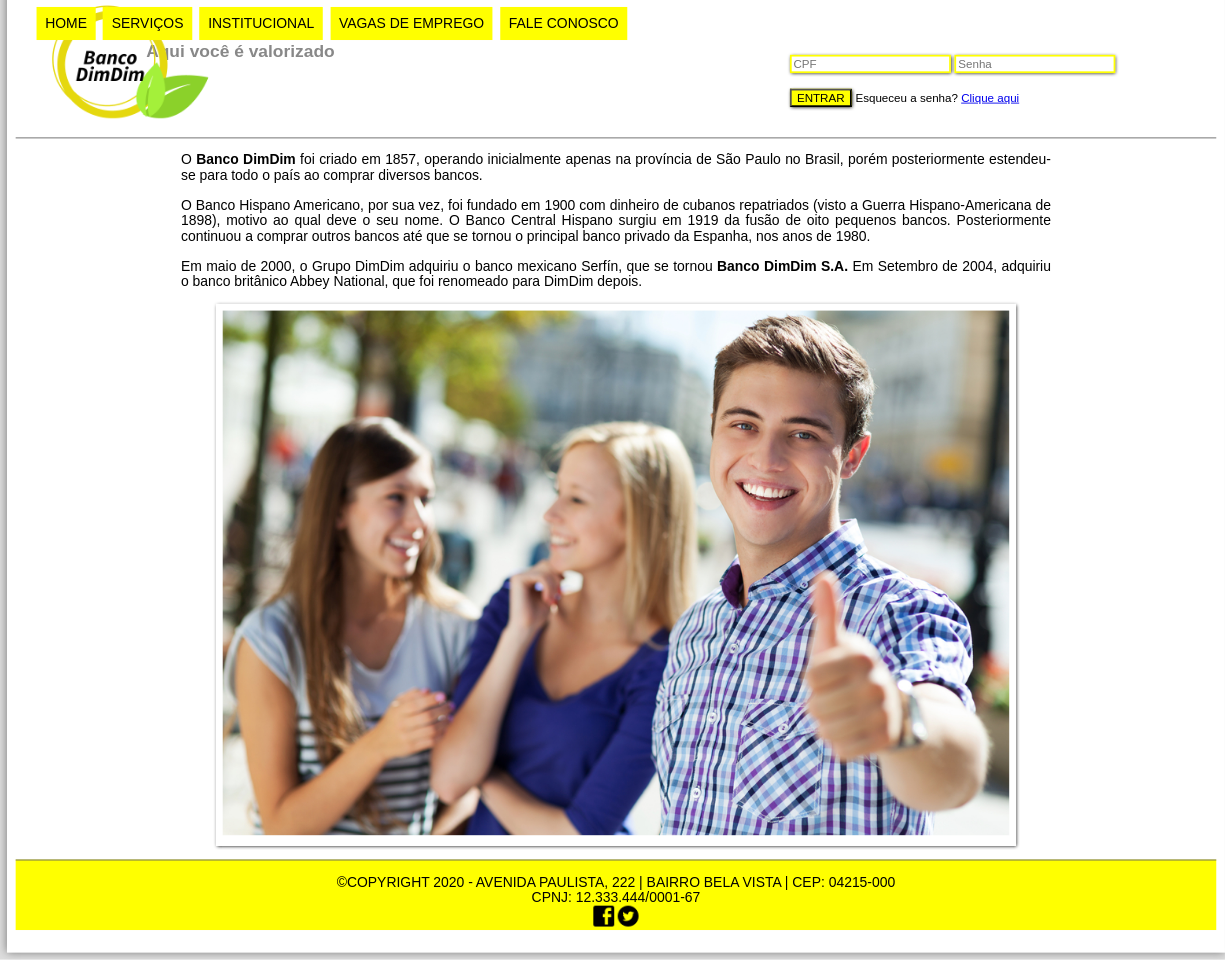
Repository: marceloShibuya/DevOps
Page: http://localhost/Nac_DevOPS/
The author's editor kept a copy of each file at every save. The page is drawn from the files as they stood at one save, then again after the next save.
The browser window is 1280 px wide. The page is 1408 px wide, so the pictures cover 1408 px, including what lies to the right of the window. The pictures show the whole page, at 87% of full size.
Some web fonts or font styles are not loaded; a fallback is used. The page is served by Tomcat 9.

Above is the page before, as saved 2020-02-24 21:39:09.

After the next save:
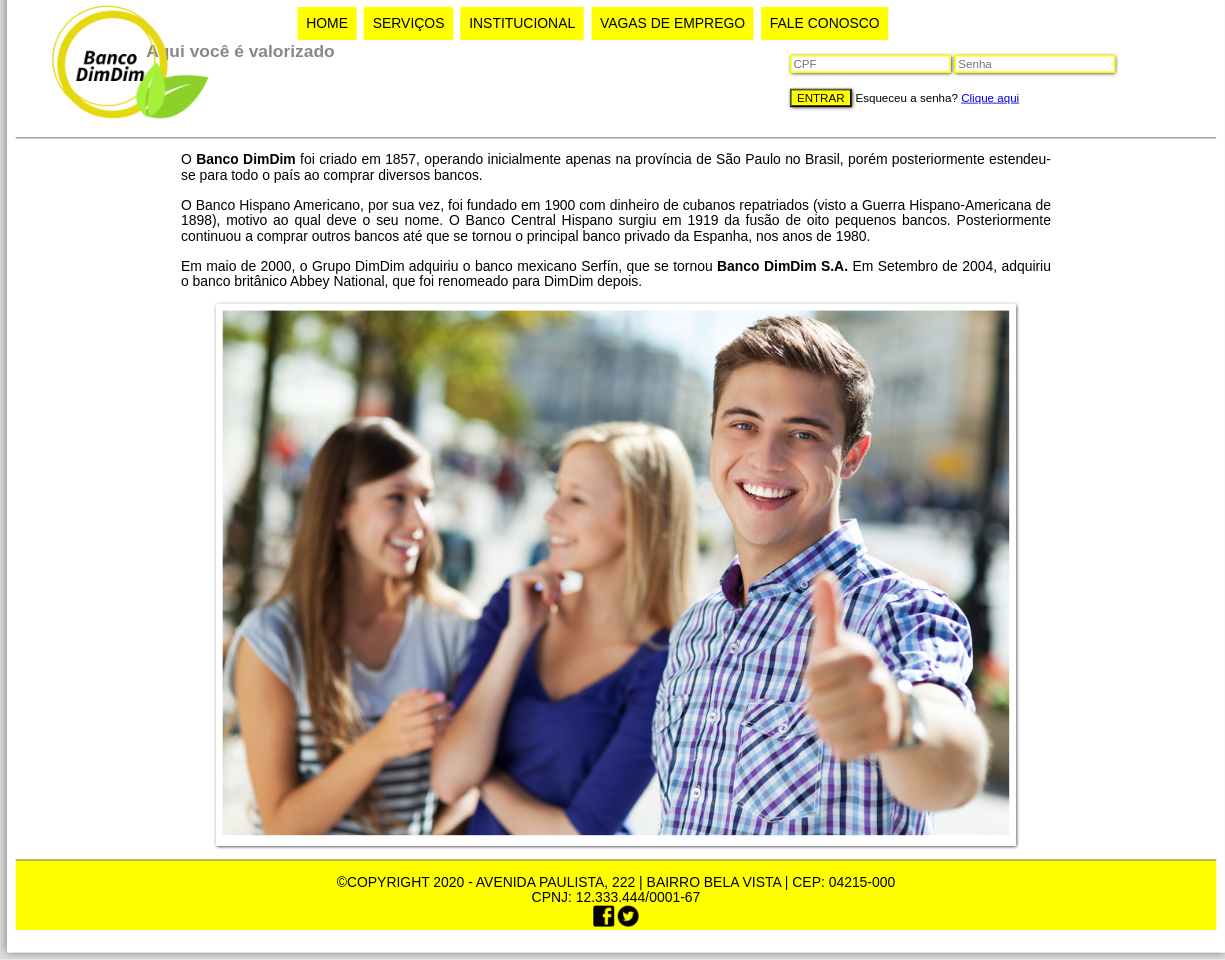
Saved 10 s later.
--- a/Nac_DevOPS/WebContent/_css/estilo.css
+++ b/Nac_DevOPS/WebContent/_css/estilo.css
@@ -92,7 +92,7 @@ nav#menu ul{
 	text-transform: uppercase;
 	position: absolute;
 	top: -10px;
-	left:0px;
+	left:300px;
 }
 
 nav#menu li{
